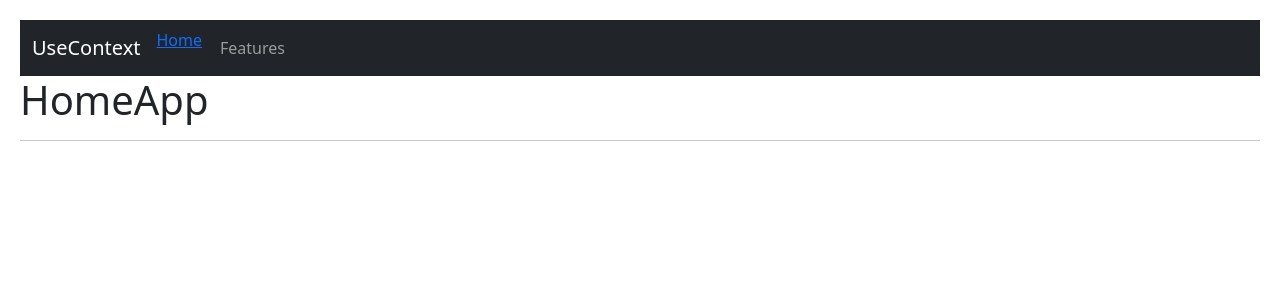
Repository: bryanesteban/hooks-App
Page: /
The author's editor kept a copy of each file at every save. The page is drawn from the files as they stood at one save, then again after the next save.
The browser window is 1280 px wide. The pictures show the whole page.
The project was rebuilt for these pictures with package versions that can differ from the ones it lists, and the page was loaded fresh each time. Also part of the build but not shown: vite.config.js, src/HooksApp.jsx, src/01-useState/CounterApp.jsx, src/hooks/useCounter.jsx, src/01-useState/CounterWithCustomHook.jsx, src/02-useEffect/Message.jsx, src/02-useEffect/SimpleForm.jsx, src/hooks/useForm.js and 20 more.

Above is the page before, as saved 2024-09-15 05:15:57.

### src/main.jsx
import React from 'react'
import ReactDOM from 'react-dom/client'
import { BrowserRouter } from 'react-router-dom'
import './index.css'
import { HooksApp } from './HooksApp'
import { CounterApp } from './01-useState/CounterApp'
import { CounterWithCustomHook } from './01-useState/CounterWithCustomHook'
import { SimpleForm } from './02-useEffect/SimpleForm'
import { FormWithCustomHook } from './02-useEffect/FormWithCustomHook'
import { MultipleCustomHook } from './03-examples/MultipleCustomHook'
import { FocusScreen } from './04-useRef/FocusScreen'
import { Layout } from './05-useLayoutEffect/Layout'
import { Memorize } from './06-memos/Memorize'
import { MemoHook } from './06-memos/MemoHook'
import { CallbackHook } from './06-memos/CallbackHook'
// import { Padre } from './07-tarea-memo/Padre'

// import './08-useReducer/intro-reducer';
import { TodoApp } from './08-useReducer/TodoApp'
import { MainApp } from './09-useConstext/MainApp'

ReactDOM.createRoot(document.getElementById('root')).render(
  // <React.StrictMode>
  //   <FormWithCustomHook />
  // <MultipleCustomHook />
  // <FocusScreen/>
  // <Layout/>
      // <Memorize/>
      // <MemoHook/>
      // <CallbackHook/>
      // <Padre/>
      // <TodoApp/>
      <BrowserRouter>

      <MainApp/>

      </BrowserRouter>

  // </React.StrictMode>
)

### src/index.css
body {
    padding: 20px;
}

button {
    margin-right: 10px;
}


a{
    margin-right: 10px;
}

### src/09-useConstext/MainApp.jsx
import { Link, Navigate, Route, Routes } from "react-router-dom"
import { HomePage } from "./HomePage"
import { AboutPage } from "./AboutPage"
import { LoginPage } from "./LoginPage"
import { Navbar } from "./Navbar"


export const MainApp = () => {
    return (
        <>

            <Navbar/>

            <Routes>
                <Route path="/" element={ <HomePage/> }/>
                <Route path="/login" element={ <LoginPage/> }/>
                <Route path="/about" element={ <AboutPage/> }/>

                {/* <Route path="/*" element={<LoginPage/> }/> */}
                <Route path="/*" element={ <Navigate to="/about"/>} />

            </Routes>
        </>
    )
}

### src/09-useConstext/HomePage.jsx
export const HomePage = () =>
    {
        return (
            <>
            <h1>HomeApp</h1>
            <hr/>
            </>
        )
    }

### src/09-useConstext/Navbar.jsx
import { Link, NavLink } from "react-router-dom"

export const Navbar = () => {

    return (
        <nav className="navbar navbar-expand-lg navbar-dark bg-dark">
        <div className="container-fluid">
          <Link className="navbar-brand" to="/">UseContext</Link>


          <div className="collapse navbar-collapse" id="navbarNav">
            <ul className="navbar-nav">

                <NavLink to="/">
                    Home
                </NavLink>

              <li className="nav-item">
                <a className="nav-link" href="#">Features</a>
              </li>
            </ul>
          </div>
        </div>
      </nav>
    )
}

Loaded but not shown: index.html (common file)

After the next save:
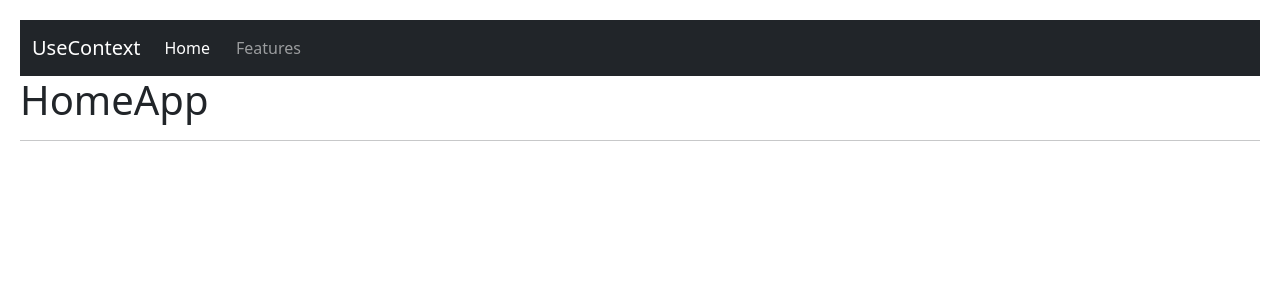
Saved 30 s later.
--- a/src/09-useConstext/Navbar.jsx
+++ b/src/09-useConstext/Navbar.jsx
@@ -11,7 +11,9 @@
           <div className="collapse navbar-collapse" id="navbarNav">
             <ul className="navbar-nav">
 
-                <NavLink to="/">
+                <NavLink
+                    className={'nav-link'}
+                    to="/">
                     Home
                 </NavLink>
 
